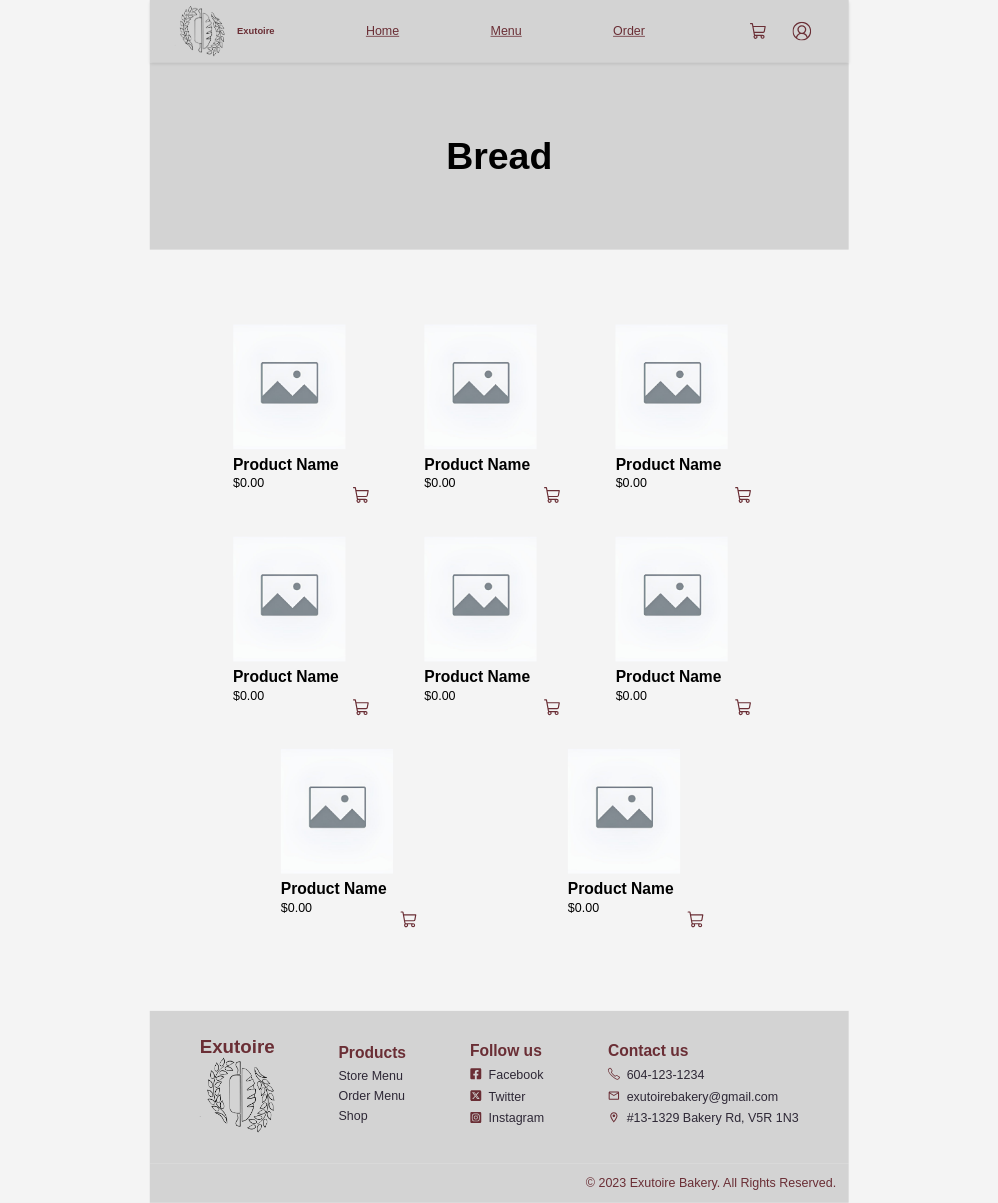
Repository: MelissaJacobi/COMP3170-final-proj
Page: /menu/bread
An editor plug-in stored every save of this project. The page is shown before and after the next save, followed by the edit.
The browser window is 1280 px wide. The pictures show the whole page, at 78% of full size.
The project was rebuilt for these pictures with package versions that can differ from the ones it lists, and the page was loaded fresh each time. Also part of the build but not shown: vite.config.js, src/pages/Home.module.css, src/components/Carousel.module.css, src/components/Carousel.tsx, src/components/Vision.module.css, src/components/Vision.tsx, src/components/MenuGallery.module.css, src/components/MenuGallery.tsx and 3 more.

Above is the page before, as saved 2024-10-07 19:53:36.

After the next save:
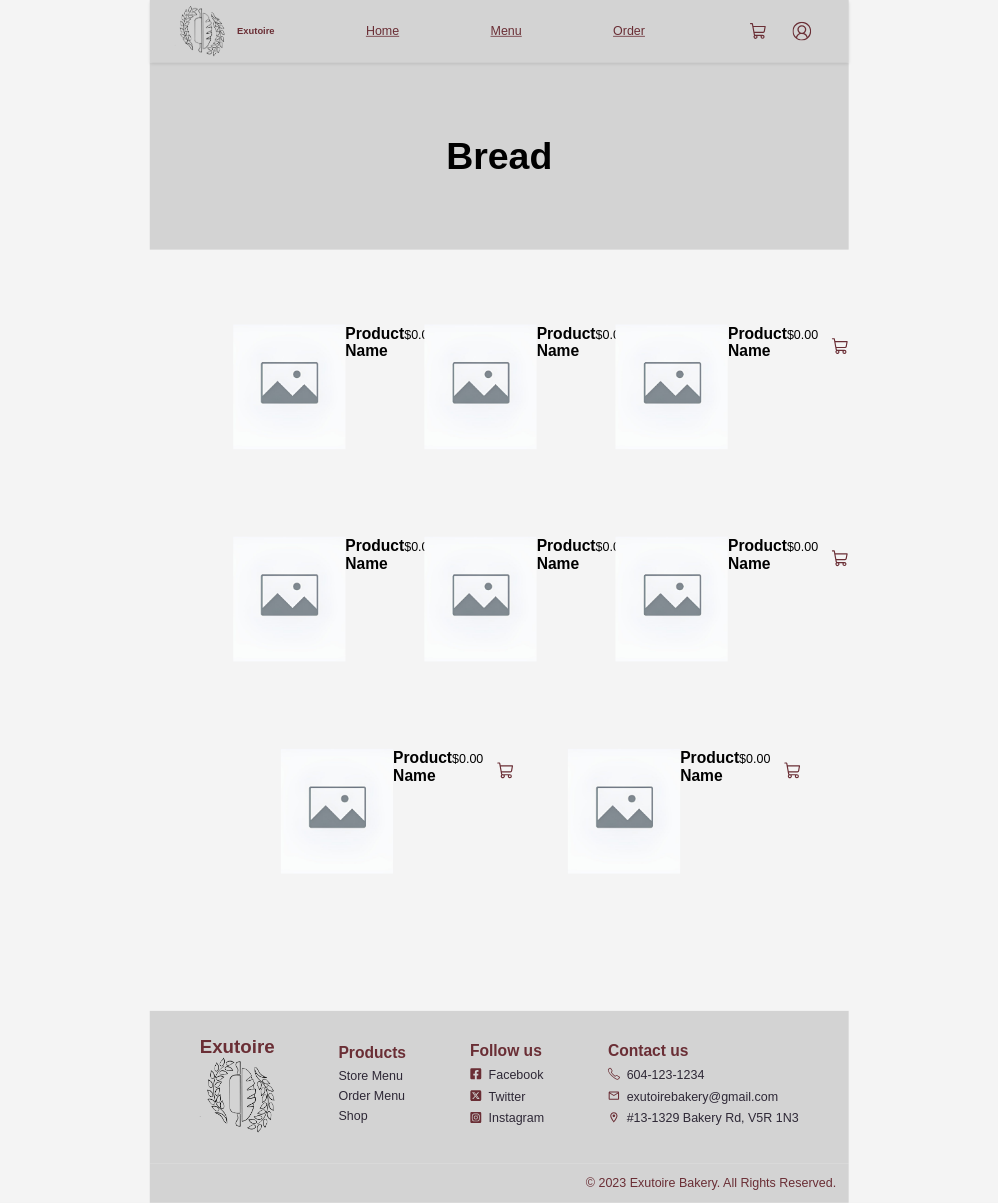
Saved 18 s later.
--- a/src/components/Product.module.css
+++ b/src/components/Product.module.css
@@ -2,13 +2,13 @@
     height: 15rem;
     width: 12rem;
     margin: 1rem;
+    display: flex;
 }
 
 .productImg {
     height: 10rem;
     width: 9rem;
     object-fit: cover;
-    margin: auto
 }
 
 .productName {
